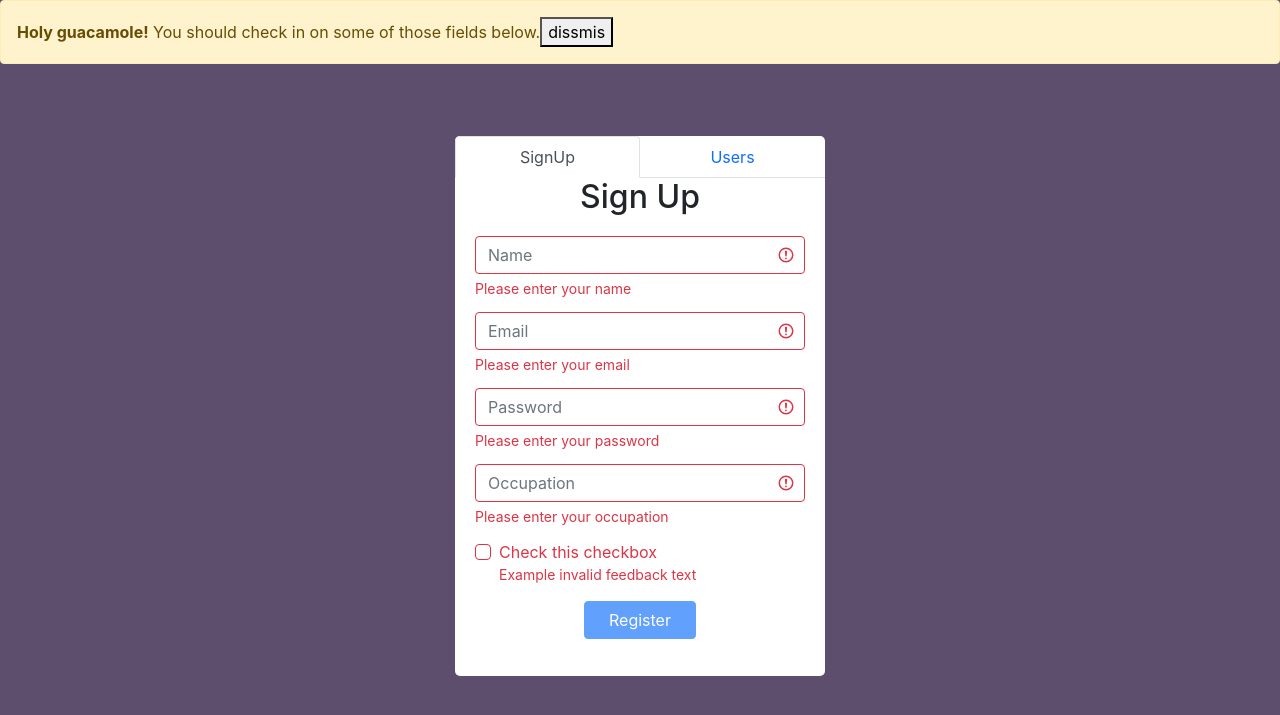
Repository: asadalibest1/SignUp-from
Page: /
These files come from the project's save history. The page is drawn as it stood at one moment and after the next save; the edit follows.
The browser window is 1280 px wide. The pictures show the whole page.
The project was rebuilt for these pictures with package versions that can differ from the ones it lists, and the page was loaded fresh each time.

Above is the page before, as saved 2021-02-08 22:53:00.

### public/index.html
<!DOCTYPE html>
<html lang="en">
  <head>
    <meta charset="utf-8" />
    <link rel="icon" href="%PUBLIC_URL%/favicon.png" />
    <meta name="viewport" content="width=device-width, initial-scale=1" />
    <meta name="theme-color" content="#000000" />
    <meta
      name="description"
      content="Web site created using create-react-app"
    />
    <link rel="apple-touch-icon" href="%PUBLIC_URL%/logo192.png" />
    <!--
      manifest.json provides metadata used when your web app is installed on a
      user's mobile device or desktop. See https://developers.google.com/web/fundamentals/web-app-manifest/
    -->
    <link rel="manifest" href="%PUBLIC_URL%/manifest.json" />
    <!--
      Notice the use of %PUBLIC_URL% in the tags above.
      It will be replaced with the URL of the `public` folder during the build.
      Only files inside the `public` folder can be referenced from the HTML.

      Unlike "/favicon.ico" or "favicon.ico", "%PUBLIC_URL%/favicon.ico" will
      work correctly both with client-side routing and a non-root public URL.
      Learn how to configure a non-root public URL by running `npm run build`.
    -->
    <!-- Bootstrap -->
    <link href="https://cdn.jsdelivr.net/npm/bootstrap@5.0.0-beta1/dist/css/bootstrap.min.css" rel="stylesheet" integrity="sha384-giJF6kkoqNQ00vy+HMDP7azOuL0xtbfIcaT9wjKHr8RbDVddVHyTfAAsrekwKmP1" crossorigin="anonymous">
    <title>Sign Up</title>
  </head>
  <body>
    <noscript>You need to enable JavaScript to run this app.</noscript>
    <div id="root"></div>
    <!--
      This HTML file is a template.
      If you open it directly in the browser, you will see an empty page.

      You can add webfonts, meta tags, or analytics to this file.
      The build step will place the bundled scripts into the <body> tag.

      To begin the development, run `npm start` or `yarn start`.
      To create a production bundle, use `npm run build` or `yarn build`.
    -->
    <script src="https://cdn.jsdelivr.net/npm/bootstrap@5.0.0-beta1/dist/js/bootstrap.bundle.min.js" integrity="sha384-ygbV9kiqUc6oa4msXn9868pTtWMgiQaeYH7/t7LECLbyPA2x65Kgf80OJFdroafW" crossorigin="anonymous"></script>
  </body>
</html>

### src/index.css
body {
  margin: 0;
  font-family: -apple-system, BlinkMacSystemFont, 'Segoe UI', 'Roboto', 'Oxygen',
    'Ubuntu', 'Cantarell', 'Fira Sans', 'Droid Sans', 'Helvetica Neue',
    sans-serif;
  -webkit-font-smoothing: antialiased;
  -moz-osx-font-smoothing: grayscale;
  background-color: #5D4E6D;
}

code {
  font-family: source-code-pro, Menlo, Monaco, Consolas, 'Courier New',
    monospace;
}

### src/App.js
import React from 'react'
import App1 from "./components/App1/App1"

export default function App() {
  return (
    <div>
      <App1 />
    </div>
  )
}

### src/components/App1/App1.js
import React from 'react'
import Tabs from '../Tabs/Tabs'

export default function App1() {

    // React.useEffect(()=>{
    //     document.querySelector(".alert").alert();
    // },[])
function Chnage(){
        document.getElementsByClassName("alertea")[0].style.display = "none;";
}
    return (
        <div>
            <div className="alertea">
            <div className="alert alert-warning alert-dismissible fade show" role="alert">
                <strong>Holy guacamole!</strong> You should check in on some of those fields below.
  <button type="button" onClick={Chnage}>
dissmis                </button>
            </div>
            </div>

            <Tabs />
        </div>
    )
}

### src/features/counter/counterSlice.js
import { createSlice } from '@reduxjs/toolkit';
const data = [
  {name: "saad", email: "saad@gmail.com", password: "qwerty", occupation: "petrolium engee"},
  {name: "asad", email: "asad@gmail.com", password: "asdfg", occupation: "wed dev"}
]
export const counterSlice = createSlice({
  name: 'counter',

  initialState: {
    data: data,
    value: 0,
    name: "saad",
  },
  reducers: {
    increment: (state, action) => {
      state.value = action.payload;
    },
    decrement: (state, action) => {
      state.value = action.payload;
    },
    changeName: (state, action) => {
      state.name = action.payload;
    },
    setData: (state, action) => {
      state.data = action.payload;
    },
  },
});


export const { increment, decrement, changeName, setData } = counterSlice.actions;

// The function below is called a thunk and allows us to perform async logic. It
// can be dispatched like a regular action: `dispatch(incrementAsync(10))`. This
// will call the thunk with the `dispatch` function as the first argument. Async
// code can then be executed and other actions can be dispatched

// export const incrementAsync = amount => dispatch => {
//   setTimeout(() => {
//     dispatch(incrementByAmount(amount));
//   }, 1000);
// };

// The function below is called a selector and allows us to select a value from
// the state. Selectors can also be defined inline where they're used instead of
// in the slice file. For example: `useSelector((state) => state.counter.value)`

export const selectCount = state => state.counter.value;
export const name = state => state.counter.name;
export const Data = state => state.counter.data;

export default counterSlice.reducer;

### src/components/Tabs/Tabs.js
import React from 'react'
import SignUp from "../SignUp/SignUp"
import Users from "../Users/Users"
import "./Tabs.css"

export default function Tabs() {
    return (
        <div className="tabs-main">
            <div className="tabs">

                <ul className="nav nav-tabs" id="myTab" role="tablist">
                    <li className="nav-item text-center w-50" role="presentation">
                        <a className="nav-link active" id="signUp-tab" data-bs-toggle="tab" href="#signUp" role="tab" aria-controls="signUp" aria-selected="true">SignUp</a>
                    </li>
                    <li className="nav-item text-center w-50" role="presentation">
                        <a className="nav-link" id="users-tab" data-bs-toggle="tab" href="#users" role="tab" aria-controls="users" aria-selected="false">Users</a>
                    </li>
                </ul>
                <div className="tab-content" id="myTabContent">
                    <div className="tab-pane fade show active" id="signUp" role="tabpanel" aria-labelledby="signUp-tab">
                        <SignUp />
                    </div>
                    <div className="tab-pane fade" id="users" role="tabpanel" aria-labelledby="users-tab">

                        <Users />
                    </div>
                </div>


            </div>
        </div>
    )
}

### src/components/SignUp/SignUp.js
import React from 'react'
import "./SignUp.css"

import { useSelector, useDispatch } from 'react-redux';
import {
  decrement,
  increment,
  selectCount,
  changeName,
  Data,
  setData,
} from '../../features/counter/counterSlice';


export default function SignUp() {

  const count = useSelector(selectCount);
  const dispatch = useDispatch();
  const data = useSelector(Data);

  const [name, setName] = React.useState("");
  const [email, setEmail] = React.useState("");
  const [password, setPassword] = React.useState("");
  const [occupation, setOccupation] = React.useState("");
  const [selectOption, setSelectOption] = React.useState(false);

  var match = null;

  React.useEffect(() => {

    const Button = document.querySelector(".submitButton button");

    if (name === "",
      email === "",
      password === "",
      occupation === "",
      selectOption === false) {

      Button.setAttribute("disabled", "disabled");

    } else {
      Button.removeAttribute("disabled");
    }

  }, [name, email, password, occupation, selectOption])

  function submit(e) {
      e.preventDefault();
    // const checkEmail = /^(([^<>()[\]\\.,;:\s@\"]+(\.[^<>()[\]\\.,;:\s@\"]+)*)|(\".+\"))@((\[[0-9]{1,3}\.[0-9]{1,3}\.[0-9]{1,3}\.[0-9]{1,3}\])|(([a-zA-Z\-0-9]+\.)+[a-zA-Z]{2,}))$/;
    // if (checkEmail.test(email) === true){
      for (let i = 0; i < data.length; i++) {

        if (data[i].email === email) {
          match = true;
          break;
        } else {
          match = false;
        }
      }
// }

    if (match === false){

      dispatch(setData([...data, {name, email, password, occupation}]))

    }if (match === true){
      alert("Email already taken!")
    }
  }

  return (
    <div className="SignUp">
      <h2 className="text-center">Sign Up</h2>

      <form className="was-validated">

        <div className="mb-3">
          <input type="name" className="form-control" id="validationInput" onChange={(e) => setName(e.target.value)} placeholder="Name" required />
          <div className="invalid-feedback">
            Please enter your name
    </div>
        </div>

        <div className="mb-3">
          <input type="email" className="form-control" id="validationInput" onChange={(e) => setEmail(e.target.value)} placeholder="Email" required />
          <div className="invalid-feedback emailerr">
            Please enter your email
    </div>
        </div>

        <div className="mb-3">
          <input type="password" className="form-control" id="validationInput" onChange={(e) => setPassword(e.target.value)} placeholder="Password" required />
          <div className="invalid-feedback">
            Please enter your password
    </div>
        </div>

        <div className="mb-3">
          <input type="text" className="form-control" id="validationInput" onChange={(e) => setOccupation(e.target.value)} placeholder="Occupation" required />
          <div className="invalid-feedback">
            Please enter your occupation
    </div>
        </div>


        <div className="radioButton form-check mb-3">
          <input type="checkbox" className="form-check-input" onClick={() => setSelectOption(!selectOption)} id="validationFormCheck1" required />
          <label className="form-check-label" for="validationFormCheck1">Check this checkbox</label>
          <div className="invalid-feedback">Example invalid feedback text</div>
        </div>


        <div className="submitButton mb-3 text-center">
          <button className="btn btn-primary px-4" type="submit"
            onClick={submit}
          >Register</button>
        </div>
      </form>

      {/* <p>{count}</p> */}
      {/* <p>{count}</p>
<button onClick={() => dispatch(increment(count+1))} >increment</button>
<button onClick={() => dispatch(decrement(count-1))} >decrement</button>
<p>{Name}</p>
<button onClick={() => dispatch(changeName("sharif"))} >changeName</button> */}

    </div>
  )
}

### src/components/Users/Users.js
import React from 'react'
import "./Users.css"

import { useSelector, useDispatch } from 'react-redux';

import {
  Data,
} from '../../features/counter/counterSlice';

export default function Users() {

  const data = useSelector(Data);

  return (
    <div className="users">

      <div className="tabpanel" role="tabpanel">
        <div className="panel-coloumn mt-3">
          <div className="list-group" id="myList" role="tablist">

            {
              data.map((item, ind) => {
                return <a className="list-group-item list-group-item-action" data-bs-toggle="list" href={"#target" + ind} role="tab">{item.name}</a>
              })
            }

          </div>
        </div>

        <div className="tab-content">

          {
            data.map((item, ind) => {

              return <div className="tab-pane" id={"target" + ind} role="tabpanel" key={ind}>
                <ul className="list-group list-group-flush">
                  <li className="list-group-item">Name: {item.name}</li>
                  <li className="list-group-item">Email: {item.email}</li>
                  <li className="list-group-item">Password: {item.password}</li>
                  <li className="list-group-item">Occupation: {item.occupation}</li>
                </ul>
              </div>
            })
          }
        </div>
      </div>
    </div>
  )
}

### src/components/Tabs/Tabs.css
.tabs{
    width: 370px;
    height: 75vh;
    background-color: white;
    margin: auto auto;
    margin-top: 10vh;
    border-radius: 5px;
    overflow: hidden;
}

### src/components/SignUp/SignUp.css
.SignUp form{
    margin: 20px;
}
.SignUp form > div{
    /* border: 1px solid black; */
    height: 60px;
}

.SignUp form .radioButton{
    /* border: 1px solid black; */
    height: 45px;
}
.radioButton div{
    /* border: 1px solid black; */
    margin: 0;
}

@media (max-width: 800px) {
    /* .SignUp form{
        margin-top: 3vh;
    } */
    .SignUp h2 {
        margin: 30px auto;
        font-size: 34px;
    }
    .SignUp form > div{
        height: 65px;
    }
    .SignUp form button{
        margin-top: 15px;
    }

}

### src/components/Users/Users.css
.users .tabpanel{
    display: flex;
    flex-direction: row;
    overflow: auto;
}
.users .tabpanel a{
    border-radius: 0;
}

.users .tab-content{
    height: fit-content;
    margin-top: 20px;
    margin-left: 20px;
}

.panel-coloumn{
    border-right: 1px solid rgb(240, 223, 223);
    height: 500px;
    width: 120px;
}

Loaded but not shown: src/index.js (common file); src/app/store.js (common file); src/serviceWorker.js (common file)

After the next save:
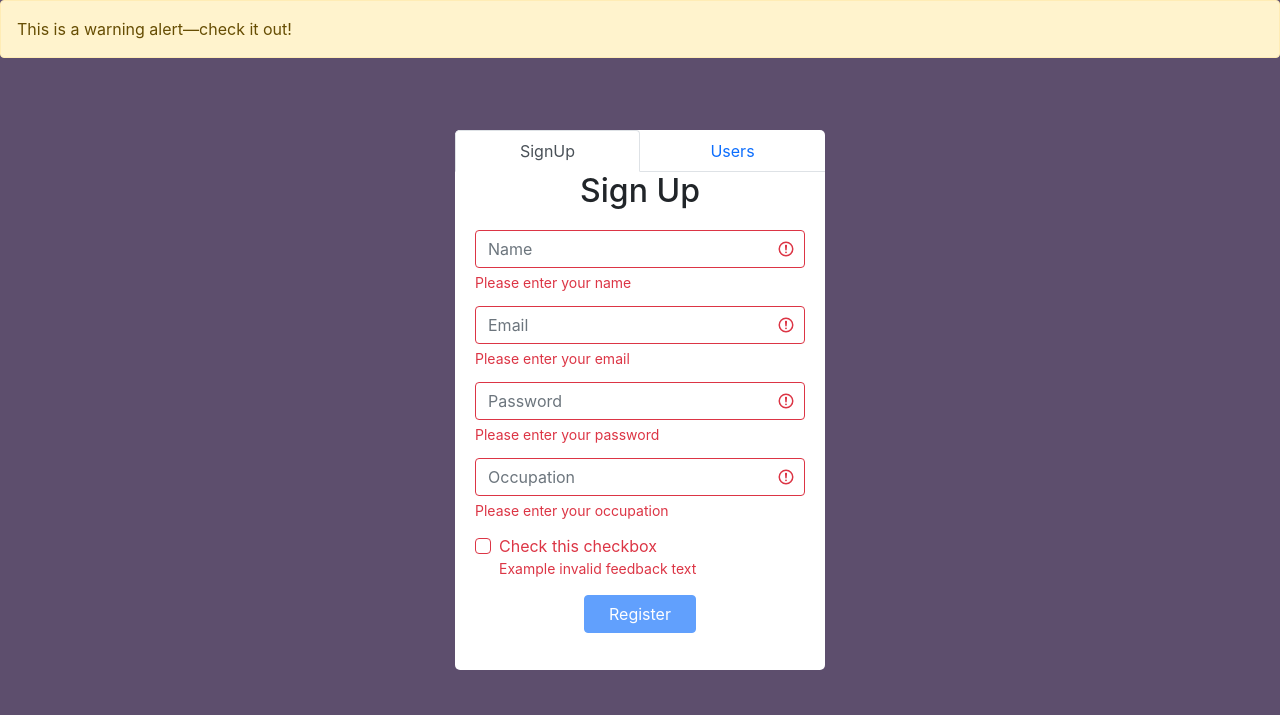
Saved 32 s later.
--- a/src/components/App1/App1.js
+++ b/src/components/App1/App1.js
@@ -6,17 +6,13 @@ export default function App1() {
     // React.useEffect(()=>{
     //     document.querySelector(".alert").alert();
     // },[])
-function Chnage(){
+    function Chnage() {
         document.getElementsByClassName("alertea")[0].style.display = "none;";
-}
+    }
     return (
         <div>
-            <div className="alertea">
-            <div className="alert alert-warning alert-dismissible fade show" role="alert">
-                <strong>Holy guacamole!</strong> You should check in on some of those fields below.
-  <button type="button" onClick={Chnage}>
-dissmis                </button>
-            </div>
+            <div class="alert alert-warning" role="alert">
+                This is a warning alert—check it out!
             </div>
 
             <Tabs />
